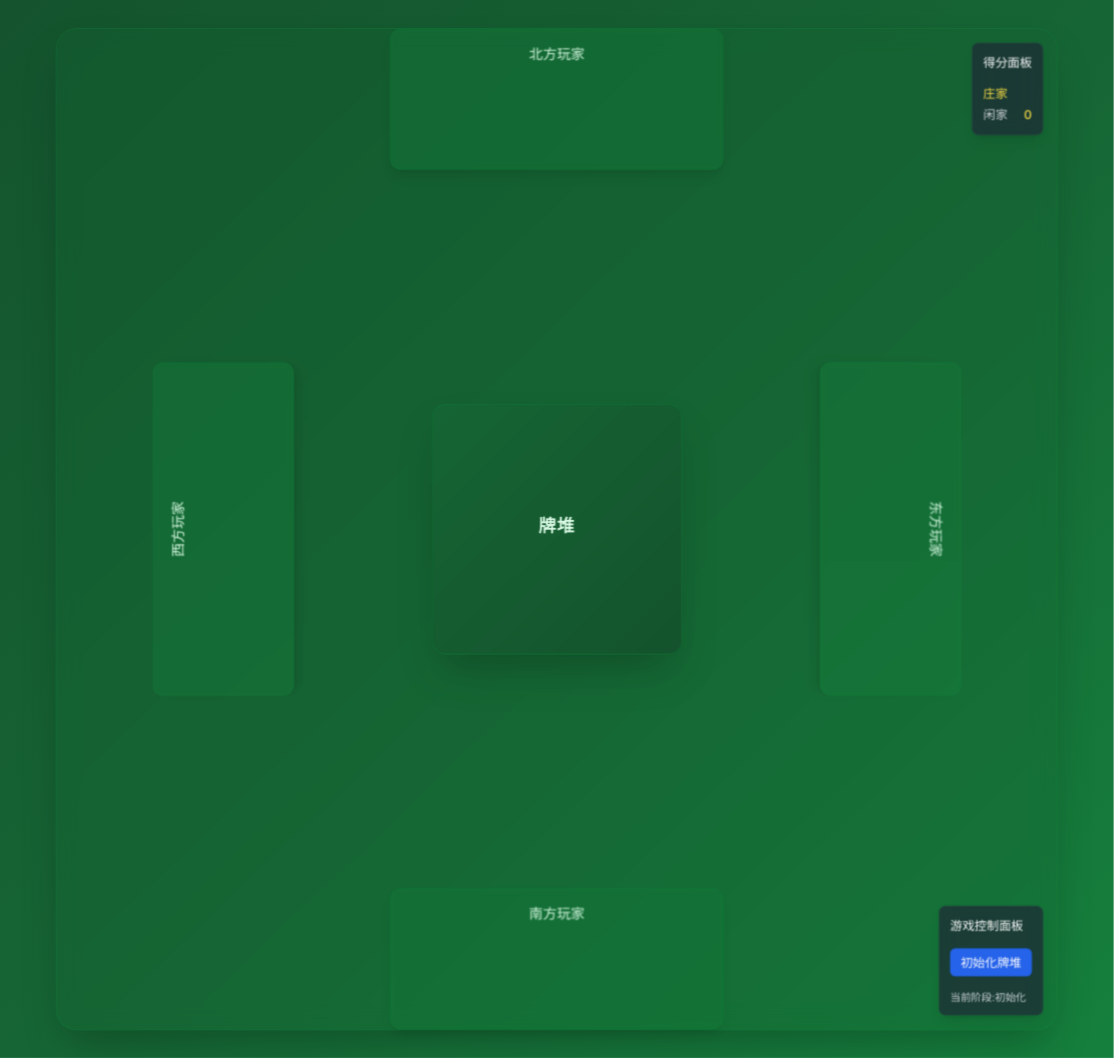
Repository: laofansay/Tractor80
Page: /
These files come from the project's save history. The page is drawn as it stood at one moment and after the next save; the edit follows.
The browser window is 1280 px wide. The pictures show the whole page, at 87% of full size.
The project was rebuilt for these pictures with package versions that can differ from the ones it lists, and the page was loaded fresh each time. The framework's server and built-in components were replaced by stand-ins that run in the browser. Also part of the build but not shown: next.config.js, app/components/Card.tsx.

Above is the page before, as saved 2025-03-08 23:53:14.

### app/layout.tsx
import type { Metadata } from 'next'
import { Inter } from 'next/font/google'
import './globals.css'

const inter = Inter({ subsets: ['latin'] })

export const metadata: Metadata = {
  title: 'Card Game',
  description: 'A Next.js Card Game Application',
}

export default function RootLayout({
  children,
}: {
  children: React.ReactNode
}) {
  return (
    <html lang="en">
      <body className={inter.className}>{children}</body>
    </html>
  )
}

### app/globals.css
@tailwind base;
@tailwind components;
@tailwind utilities;

:root {
  --foreground-rgb: 0, 0, 0;
  --background-start-rgb: 214, 219, 220;
  --background-end-rgb: 255, 255, 255;
}

@media (prefers-color-scheme: dark) {
  :root {
    --foreground-rgb: 255, 255, 255;
    --background-start-rgb: 0, 0, 0;
    --background-end-rgb: 0, 0, 0;
  }
}

body {
  color: rgb(var(--foreground-rgb));
  background: linear-gradient(
    to bottom,
    transparent,
    rgb(var(--background-end-rgb))
  )
  rgb(var(--background-start-rgb));
}

### app/components/AdminPanel.tsx
'use client';

import { useState } from 'react';
import { Card } from './Card';

type GamePhase = 'initial' | 'dealing' | 'trumpSelection' | 'pickBottomCards' | 'bottomCards' | 'playing';
type Position = 'north' | 'east' | 'south' | 'west';

type AdminPanelProps = {
    onInitialize: () => void;
    onDeal: () => void;
    onPickBottomCards: () => void;
    onBottomCards: () => void;
    onStartPlaying: () => void;
    gamePhase: GamePhase;
    deckLength: number;
    bottomCardsLength: number;
    lastRound?: Record<Position, string[]>;
    roundCount?: number;
};

export function AdminPanel({
    onInitialize,
    onDeal,
    onPickBottomCards,
    onBottomCards,
    onStartPlaying,
    gamePhase,
    deckLength,
    bottomCardsLength,
    lastRound = { north: [], east: [], south: [], west: [] },
    roundCount = 0
}: AdminPanelProps) {

    return (
        <div className="absolute bottom-4 right-4 p-3 bg-gray-800/70 rounded-lg backdrop-blur-md border border-gray-700/50 shadow-lg">
            <div className="flex flex-col gap-2">
                <div className="text-white text-sm mb-2 font-medium">游戏控制面板</div>

                {(gamePhase === 'initial' || gamePhase === 'playing') && (
                    <button
                        onClick={onInitialize}
                        className="px-3 py-1.5 bg-blue-600 hover:bg-blue-500 text-white rounded-md transition-colors text-sm"
                    >
                        {gamePhase === 'playing' ? '重新开始' : '初始化牌堆'}
                    </button>
                )}

                {gamePhase === 'initial' && deckLength > 0 && (
                    <button
                        onClick={onDeal}
                        className="px-3 py-1.5 bg-green-600 hover:bg-green-500 text-white rounded-md transition-colors text-sm"
                    >
                        开始发牌
                    </button>
                )}

                {gamePhase === 'pickBottomCards' && (
                    <button
                        onClick={onPickBottomCards}
                        className="px-3 py-1.5 bg-yellow-600 hover:bg-yellow-500 text-white rounded-md transition-colors text-sm"
                    >
                        庄家拾底
                    </button>
                )}

                {gamePhase === 'bottomCards' && (
                    <button
                        onClick={onBottomCards}
                        className="px-3 py-1.5 bg-yellow-600 hover:bg-yellow-500 text-white rounded-md transition-colors text-sm"
                    >
                        庄家扣底
                    </button>
                )}

                {gamePhase === 'bottomCards' && (
                    <button
                        onClick={onStartPlaying}
                        className="px-3 py-1.5 bg-red-600 hover:bg-red-500 text-white rounded-md transition-colors text-sm"
                    >
                        开始出牌
                    </button>
                )}

                <div className="text-gray-300 text-xs mt-2">
                    当前阶段:
                    {gamePhase === 'initial' && '初始化'}
                    {gamePhase === 'dealing' && '发牌中'}
                    {gamePhase === 'trumpSelection' && '亮主阶段'}
                    {gamePhase === 'pickBottomCards' && '庄家拾底'}
                    {gamePhase === 'bottomCards' && '庄家扣底'}
                    {gamePhase === 'playing' && '出牌阶段'}
                </div>
            </div>
        </div>
    );
}

### app/components/SoundEffect.tsx
'use client';

import { audioManager } from './AudioManager';

export class SoundEffect {
    static #instance;

    constructor() {
        // 私有构造函数，确保单例模式
    }

    public static getInstance(): SoundEffect {
        if (!SoundEffect.#instance) {
            SoundEffect.#instance = new SoundEffect();
        }
        return SoundEffect.#instance;
    }

    /**
     * 预加载音效
     * @param soundId 音效ID
     * @param soundPath 音效文件路径
     * @param fallbackSoundPath 备用音效路径（可选）
     */
    public preloadSound(soundId: string, soundPath: string, fallbackSoundPath?: string): void {
        if (typeof window === 'undefined') return; // 服务器端不执行

        // 使用AudioManager来处理音频加载
        audioManager.preloadSound(soundId, soundPath, fallbackSoundPath);
    }

    /**
     * 播放音效
     * @param soundId 音效ID
     * @returns 是否成功播放
     */
    public playSound(soundId: string): boolean {
        if (typeof window === 'undefined') return false; // 服务器端不执行

        // 使用AudioManager来处理音频播放
        return audioManager.playSound(soundId);
    }

    /**
     * 停止播放音效
     * @param soundId 音效ID
     */
    public stopSound(soundId: string): void {
        if (typeof window === 'undefined') return; // 服务器端不执行

        // 使用AudioManager来处理音频停止
        audioManager.stopSound(soundId);
    }

    /**
     * 检查音效是否已加载并可以播放
     * @param soundId 音效ID
     * @returns 是否可以播放
     */
    public canPlaySound(soundId: string): boolean {
        if (typeof window === 'undefined') return false; // 服务器端不执行

        // 使用AudioManager来检查音频是否可以播放
        return audioManager.canPlaySound(soundId);
    }

    /**
     * 启用或禁用所有音效
     * @param enabled 是否启用音效
     */
    public setAudioEnabled(enabled: boolean): void {
        audioManager.setAudioEnabled(enabled);
    }

    /**
     * 获取音效是否启用
     * @returns 音效是否启用
     */
    public isAudioEnabled(): boolean {
        return audioManager.isAudioEnabled();
    }
}

// 导出单例实例
export const soundEffect = SoundEffect.getInstance();

### app/components/ScorePanel.tsx
import React from 'react';

interface ScorePanelProps {
  scores: {
    north: number;
    east: number;
    south: number;
    west: number;
  };
  dealerPosition: Position;
}

type Position = 'north' | 'east' | 'south' | 'west';

export function ScorePanel({ scores, dealerPosition }: ScorePanelProps) {
  // 计算庄家和闲家的总分
  const dealerScore = scores[dealerPosition];
  const nonDealerScore = Object.entries(scores)
    .filter(([position]) => position !== dealerPosition)
    .reduce((total, [_, score]) => total + score, 0);

  return (
    <div className="absolute top-4 right-4 p-3 bg-gray-800/70 rounded-lg backdrop-blur-md border border-gray-700/50 shadow-lg">
      <div className="flex flex-col gap-2">
        <div className="text-white text-sm mb-2 font-medium">得分面板</div>
        <div className="space-y-1">
          <div className="flex justify-between text-sm">
            <span className="text-yellow-300">庄家</span>
            <span className="text-yellow-300 font-medium ml-4">{dealerScore}</span>
          </div>
          <div className="flex justify-between text-sm">
            <span className="text-gray-300">闲家</span>
            <span className="text-yellow-300 font-medium ml-4">{nonDealerScore}</span>
          </div>
        </div>
      </div>
    </div>
  );
}

### app/components/AudioManager.tsx
'use client';

/**
 * 音频管理器类
 * 提供音效加载、播放和错误处理功能
 */
export class AudioManager {
  private static instance: AudioManager;
  private audioElements: Map<string, HTMLAudioElement> = new Map();
  private fallbackMode: boolean = false;
  private audioEnabled: boolean = true;

  private constructor() {
    // 私有构造函数，确保单例模式
    this.checkAudioSupport();
  }

  public static getInstance(): AudioManager {
    if (!AudioManager.instance) {
      AudioManager.instance = new AudioManager();
    }
    return AudioManager.instance;
  }

  /**
   * 检查浏览器是否支持音频
   */
  private checkAudioSupport(): void {
    if (typeof window === 'undefined') return;

    try {
      const audio = new Audio();
      this.audioEnabled = !!audio && typeof audio.play === 'function';
      if (!this.audioEnabled) {
        console.warn('当前环境不支持音频播放');
      }
    } catch (error) {
      console.error('检查音频支持时出错:', error);
      this.audioEnabled = false;
    }
  }

  /**
   * 预加载音效
   * @param soundId 音效ID
   * @param soundPath 音效文件路径
   * @param fallbackSoundPath 备用音效路径（可选）
   */
  public preloadSound(soundId: string, soundPath: string, fallbackSoundPath?: string): void {
    if (typeof window === 'undefined' || !this.audioEnabled) return;

    if (!this.audioElements.has(soundId)) {
      try {
        // 确保路径正确，添加基础URL前缀
        const fullPath = soundPath.startsWith('/') ? soundPath : `/${soundPath}`;
        const baseUrl = window.location.origin;
        const absolutePath = new URL(fullPath, baseUrl).toString();

        const audio = new Audio();
        audio.preload = 'auto';

        // 添加加载错误处理
        audio.addEventListener('error', (e) => {
          const errorDetails = {
            code: audio.error?.code,
            message: audio.error?.message,
            path: absolutePath
          };
          console.error(`音效 ${soundId} 加载失败:`, errorDetails);

          // 尝试加载备用音效
          if (fallbackSoundPath && !this.fallbackMode) {
            console.log(`尝试加载备用音效: ${fallbackSoundPath}`);
            this.fallbackMode = true;
            this.preloadSound(soundId, fallbackSoundPath);
          }
        });

        // 添加加载成功处理
        audio.addEventListener('canplaythrough', () => {
          console.log(`音效 ${soundId} 加载成功，可以播放`);
        });

        // 设置音频源
        audio.src = absolutePath;

        this.audioElements.set(soundId, audio);
      } catch (error) {
        console.error(`音效 ${soundId} 初始化失败:`, error);
      }
    }
  }

  /**
   * 播放音效
   * @param soundId 音效ID
   * @returns 是否成功播放
   */
  public playSound(soundId: string): boolean {
    if (typeof window === 'undefined' || !this.audioEnabled) return false;

    const audio = this.audioElements.get(soundId);
    if (audio) {
      // 检查音频是否已加载并可以播放
      if (audio.error) {
        console.error(`音效 ${soundId} 无法播放，加载失败:`, audio.error);
        return false;
      }

      // 检查音频是否已经加载足够的数据可以播放
      if (audio.readyState < 2) { // HAVE_CURRENT_DATA or higher
        console.warn(`音效 ${soundId} 尚未加载完成，无法播放`);
        return false;
      }

      try {
        // 重置音频以便重复播放
        audio.currentTime = 0;
        const playPromise = audio.play();

        if (playPromise !== undefined) {
          playPromise.catch(error => {
            console.error(`播放音效 ${soundId} 失败:`, error);
          });
        }
        return true;
      } catch (error) {
        console.error(`播放音效 ${soundId} 时出错:`, error);
        return false;
      }
    } else {
      console.warn(`音效 ${soundId} 未预加载`);
      return false;
    }
  }

  /**
   * 停止播放音效
   * @param soundId 音效ID
   */
  public stopSound(soundId: string): void {
    if (typeof window === 'undefined' || !this.audioEnabled) return;

    const audio = this.audioElements.get(soundId);
    if (audio) {
      try {
        audio.pause();
        audio.currentTime = 0;
      } catch (error) {
        console.error(`停止音效 ${soundId} 时出错:`, error);
      }
    }
  }

  /**
   * 检查音效是否已加载并可以播放
   * @param soundId 音效ID
   * @returns 是否可以播放
   */
  public canPlaySound(soundId: string): boolean {
    if (typeof window === 'undefined' || !this.audioEnabled) return false;

    const audio = this.audioElements.get(soundId);
    if (!audio) return false;

    // 检查音频元素是否有错误
    if (audio.error) return false;

    // 检查音频是否已经加载足够的数据可以播放
    return audio.readyState >= 2; // HAVE_CURRENT_DATA or higher
  }

  /**
   * 启用或禁用所有音效
   * @param enabled 是否启用音效
   */
  public setAudioEnabled(enabled: boolean): void {
    this.audioEnabled = enabled;
  }

  /**
   * 获取音效是否启用
   * @returns 音效是否启用
   */
  public isAudioEnabled(): boolean {
    return this.audioEnabled;
  }

  /**
   * 创建一个简单的音效（用于在无法加载外部音效时使用）
   * @param frequency 频率（赫兹）
   * @param duration 持续时间（毫秒）
   * @param volume 音量（0-1）
   * @returns 音频元素
   */
  public createToneSound(frequency: number = 440, duration: number = 200, volume: number = 0.5): HTMLAudioElement | null {
    if (typeof window === 'undefined' || !this.audioEnabled) return null;

    try {
      // 检查是否支持Web Audio API
      if (!window.AudioContext && !(window as any).webkitAudioContext) {
        console.warn('当前浏览器不支持Web Audio API');
        return null;
      }

      const AudioContext = window.AudioContext || (window as any).webkitAudioContext;
      const audioCtx = new AudioContext();

      // 创建振荡器
      const oscillator = audioCtx.createOscillator();
      oscillator.type = 'sine';
      oscillator.frequency.setValueAtTime(frequency, audioCtx.currentTime);

      // 创建音量控制
      const gainNode = audioCtx.createGain();
      gainNode.gain.setValueAtTime(volume, audioCtx.currentTime);

      // 连接节点
      oscillator.connect(gainNode);
      gainNode.connect(audioCtx.destination);

      // 创建音频元素
      const audio = new Audio();

      // 开始振荡
      oscillator.start();

      // 设置定时器停止振荡
      setTimeout(() => {
        oscillator.stop();
        audioCtx.close();
      }, duration);

      return audio;
    } catch (error) {
      console.error('创建音效失败:', error);
      return null;
    }
  }
}

// 导出单例实例
export const audioManager = AudioManager.getInstance();

### app/components/TrumpSelectionPanel.tsx
'use client';

import React from 'react';

type TrumpSelectionPanelProps = {
  onSelectTrump: (trumpSuit: string | null) => void;
  gamePhase: string;
};

export function TrumpSelectionPanel({ onSelectTrump, gamePhase }: TrumpSelectionPanelProps) {
  // 只在亮主阶段显示
  if (gamePhase !== 'trumpSelection') {
    return null;
  }

  return (
    <div className="absolute bottom-4 left-4 p-3 bg-gray-800/70 rounded-lg backdrop-blur-md border border-gray-700/50 shadow-lg">
      <div className="flex flex-row gap-2">
        <button
          onClick={() => onSelectTrump(null)}
          className="w-10 h-10 bg-purple-600 hover:bg-purple-500 text-white rounded-md transition-colors text-sm flex items-center justify-center"
          title="无主"
        >
          NT
        </button>
        <button
          onClick={() => onSelectTrump('S')}
          className="w-10 h-10 bg-gray-800 hover:bg-gray-700 text-white rounded-md transition-colors text-xl flex items-center justify-center"
          title="黑桃"
        >
          ♠️
        </button>
        <button
          onClick={() => onSelectTrump('H')}
          className="w-10 h-10 bg-red-600 hover:bg-red-500 text-white rounded-md transition-colors text-xl flex items-center justify-center"
          title="红桃"
        >
          ♥️
        </button>
        <button
          onClick={() => onSelectTrump('C')}
          className="w-10 h-10 bg-green-700 hover:bg-green-600 text-white rounded-md transition-colors text-xl flex items-center justify-center"
          title="梅花"
        >
          ♣️
        </button>
        <button
          onClick={() => onSelectTrump('D')}
          className="w-10 h-10 bg-blue-600 hover:bg-blue-500 text-white rounded-md transition-colors text-xl flex items-center justify-center"
          title="方块"
        >
          ♦️
        </button>
      </div>
    </div>
  );
}

Loaded but not shown: tailwind.config.js (19 lines, source omitted); app/page.tsx (581 lines, source omitted); app/components/CardArea.tsx (205 lines, source omitted)

After the next save:
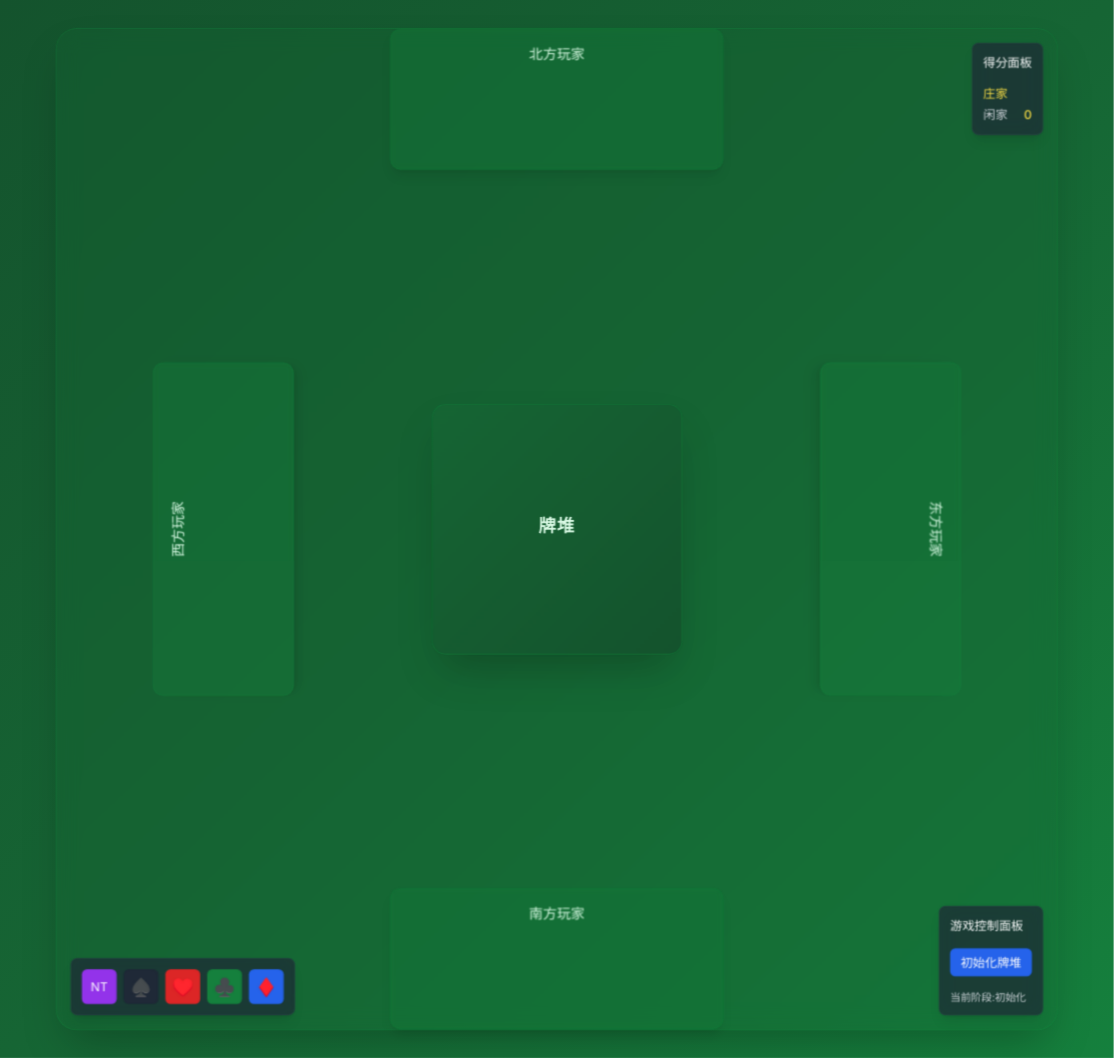
Saved 71 s later.
--- a/app/components/TrumpSelectionPanel.tsx
+++ b/app/components/TrumpSelectionPanel.tsx
@@ -10,7 +10,7 @@ type TrumpSelectionPanelProps = {
 export function TrumpSelectionPanel({ onSelectTrump, gamePhase }: TrumpSelectionPanelProps) {
   // 只在亮主阶段显示
   if (gamePhase !== 'trumpSelection') {
-    return null;
+    //return null;
   }
 
   return (
